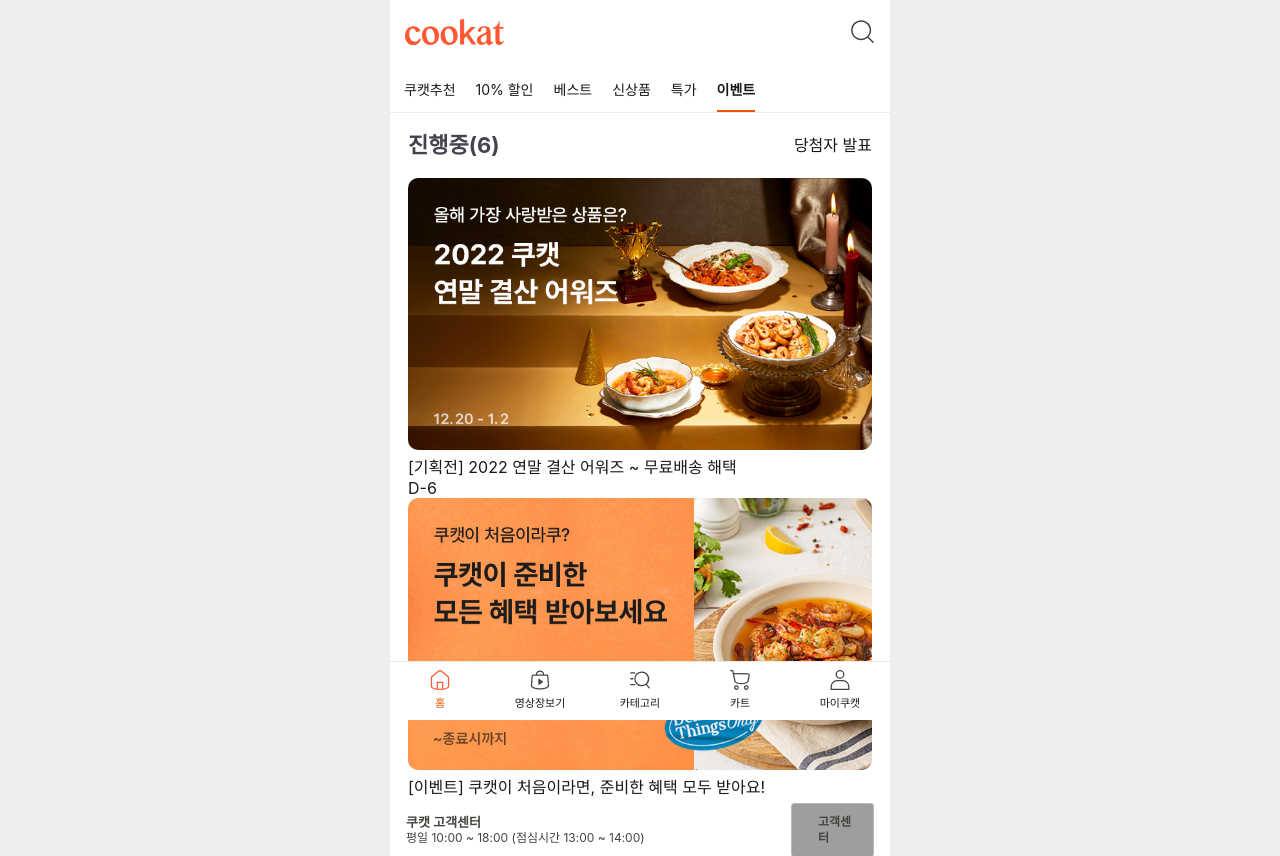
Repository: CooKat/Cookat
Page: event.html
These files come from the project's save history. The page is drawn as it stood at one moment and after the next save; the edit follows.
The browser window is 1280 px wide. The pictures show the part of the page from y = 0 to 856 px (the page is 1647 px tall before and 1645 px after).
Pictures or frames that could not be fetched are drawn as grey boxes. A picture or video elsewhere on the page could not be fetched, so the positions and the page height are approximate. Some web fonts or font styles are not loaded; a fallback is used.

Above is the page before, as saved 2022-12-27 20:43:14.
Not found: js/ex1.js

After the next save:
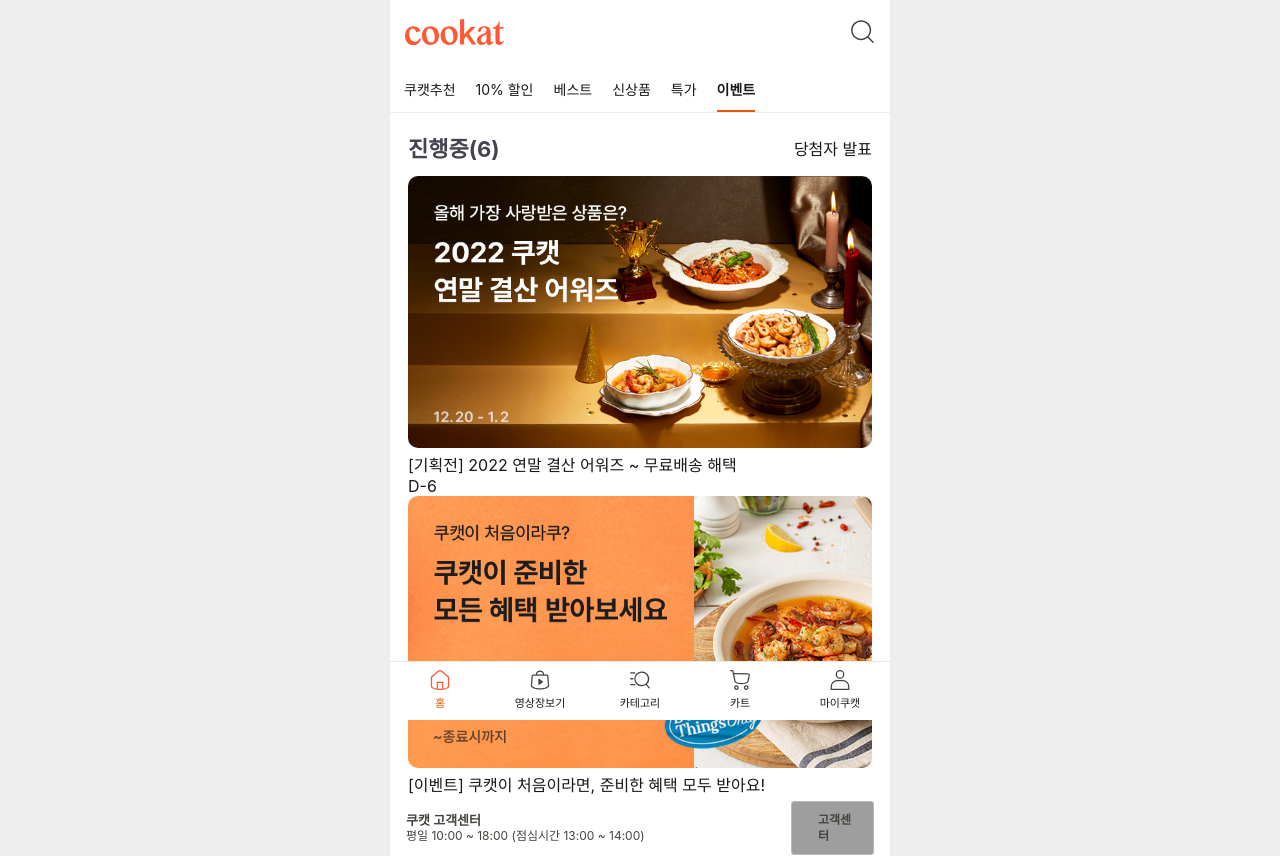
Saved 57 s later.
--- a/css/event.css
+++ b/css/event.css
@@ -9,8 +9,8 @@
   display: flex;
   flex-flow: row nowrap;
   justify-content: space-between;
-  margin-top: 20px;
-  margin-bottom: 20px;
+  margin-top: 24px;
+  margin-bottom: var(--spacing-md);
 }
 
 .event-ing-title{
